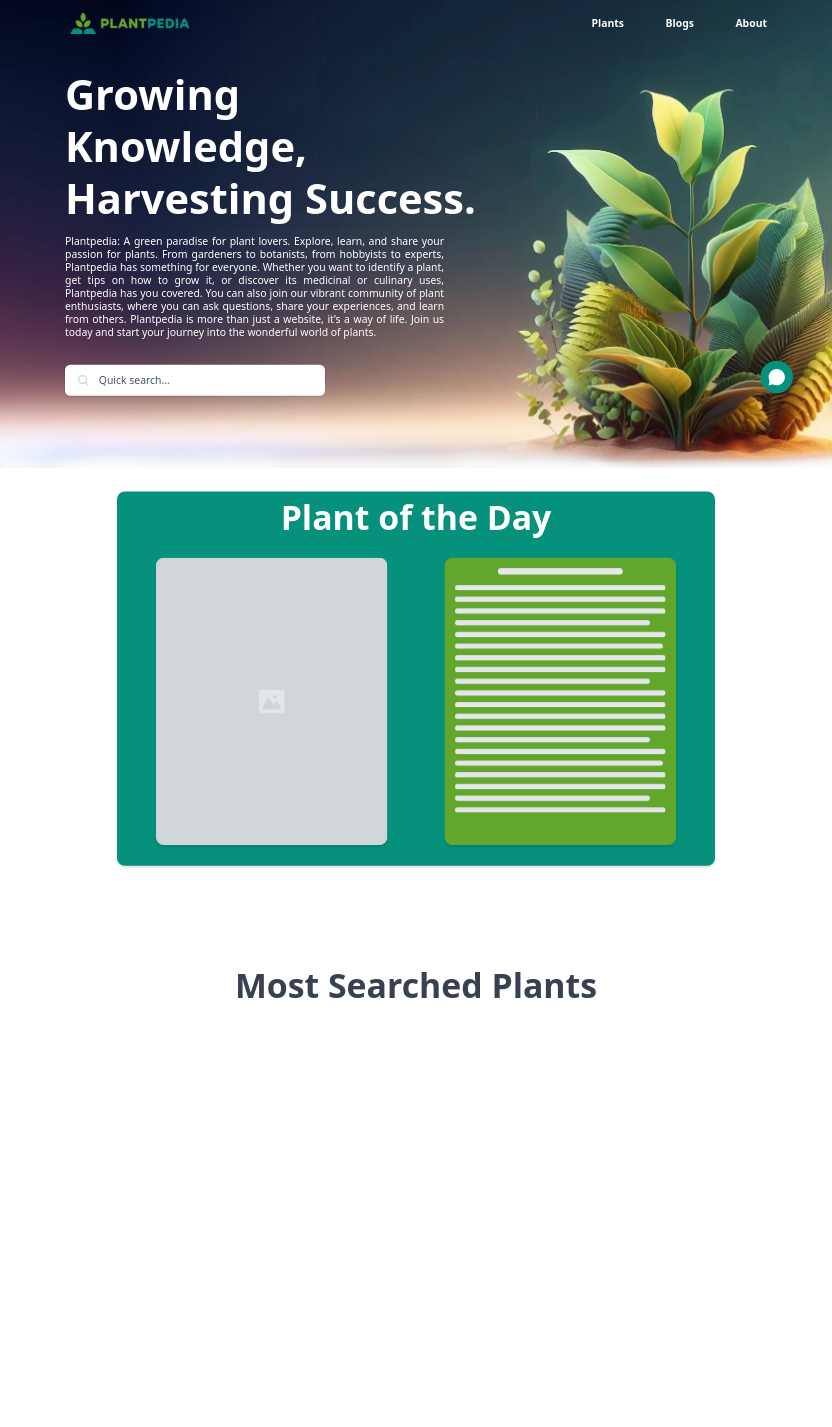
Repository: silham/PlantPedia
Page: /test/home
An editor plug-in stored every save of this project. The page is shown before and after the next save, followed by the edit.
The browser window is 1280 px wide. The pictures show the whole page, at 65% of full size.
The page's requests for data from a server got no answer. The project was rebuilt for these pictures with package versions that can differ from the ones it lists, and the page was loaded fresh each time. The framework's server and built-in components were replaced by stand-ins that run in the browser. No one was signed in, and anything a server would have sent is missing. Also part of the build but not shown: next.config.js, app/components/SearchBox.css, app/test/Chat/style.css, app/utils/Formatter.ts.

Above is the page before, as saved 2023-10-16 14:41:15.

### app/layout.tsx
import "./globals.css";
import "remixicon/fonts/remixicon.css";
import type { Metadata } from "next";

export const metadata: Metadata = {
  title: "Plantpedia",
  description: "Growing knowledge, harvesting success",
};

export default function RootLayout({
  children,
}: {
  children: React.ReactNode;
}) {
  return (
    <html lang="en">
      <head>
        <meta
          name="format-detection"
          content="telephone=no, date=no, email=no, address=no"
        />
      </head>
      <body>{children}</body>
    </html>
  );
}

### app/test/home/page.tsx
import Image from "next/image";
import Link from "next/link";
import "./styles.css";
import { MainSearchBtn, SideSearchBtn } from "./SearchBtns";
import PlantOfDay from "./PlantOfDay";
import Chat from "../Chat/Chat";
import TrendingTopics from "./TrendingTopics";

const Home = () => {
  return (
    <>
      <section className="h-[100vh] w-[100vw] px-[100px] hero bg-cover text-white">
        <header className="h-[10vh] w-full flex justify-between py-2 items-center">
          <div className="h-full flex items-center justify-center">
            <Image src="/plantpedia.png" width={200} height={90} alt="logo" />
          </div>
          <nav className="flex justify-between text-[16px] font-semibold text-white w-[25%]">
            <Link href="/plants">Plants</Link>
            <Link href="/blogs">Blogs</Link>
            <Link href="/about#">About</Link>
          </nav>
        </header>
        <div className="w-[60%] h-full">
          <div className="flex flex-col justify-center h-full">
            <h2 className="text-[64px] font-extrabold leading-tight shadow-sm mb-4 -mt-[150px]">
              Growing Knowledge,
              <br />
              Harvesting Success.
            </h2>
            <h4 className="text-[16px] text-justify leading-tight w-[90%] mb-10">
              Plantpedia: A green paradise for plant lovers. Explore, learn, and
              share your passion for plants. From gardeners to botanists, from
              hobbyists to experts, Plantpedia has something for everyone.
              Whether you want to identify a plant, get tips on how to grow it,
              or discover its medicinal or culinary uses, Plantpedia has you
              covered. You can also join our vibrant community of plant
              enthusiasts, where you can ask questions, share your experiences,
              and learn from others. Plantpedia is more than just a website,
              it’s a way of life. Join us today and start your journey into the
              wonderful world of plants.
            </h4>
            <MainSearchBtn />
          </div>
        </div>
      </section>

      <section className="h-[100vh] w-[100vw] px-[180px]">
        <PlantOfDay />
      </section>

      <section className="h-[100vh] w-[100vw] px-[100px]">
        <TrendingTopics />
      </section>
      <SideSearchBtn />
      <Chat />
    </>
  );
};

export default Home;

### app/globals.css
@import url("https://fonts.googleapis.com/css2?family=Inter:wght@400;500;600&family=Poppins:wght@400;500;600&display=swap");
@tailwind base;
@tailwind components;
@tailwind utilities;

body {
  padding: 0;
  margin: 0;
  max-width: 100vw;
  overflow-x: hidden;
}

@layer utilities {
  .animation-delay-200 {
    animation-delay: 0.2s;
  }
  .animation-delay-400 {
    animation-delay: 0.4s;
  }
}

.circle {
  @apply w-2 h-2 mx-1 mb-0.5 mt-1 bg-gray-500 rounded-full;
}

### app/test/home/styles.css
.hero {
  background-image: url("/hero-bg.png");
}

.animate-sideSearchBtn-in {
  animation: animation-search-in 500ms ease-in forwards;
}

@keyframes animation-search-in {
  0% {
    opacity: 0;
    right: 0;
  }
  100% {
    opacity: 1;
    right: 60px;
  }
}

.animate-sideSearchBtn-out {
  animation: animation-search-out 500ms ease-out forwards;
}

@keyframes animation-search-out {
  0% {
    opacity: 1;
    right: 60px;
  }
  100% {
    opacity: 0;
    right: 0;
  }
}

### app/test/home/SearchBtns.tsx
"use client";
import SearchBox from "@/app/components/SearchBox";
import { useEffect, useRef } from "react";
import "./styles.css";

export const MainSearchBtn: React.FC = () => {
  const overlayRef = useRef<HTMLDivElement>(null);

  // This function is called when the "Start Searching" button gets clicked
  const openSearch = () => {
    if (overlayRef.current) {
      overlayRef.current.style.width = "100%";
    }
  };

  // This function is called when the "Close" button is clicked
  const closeSearch = () => {
    if (overlayRef.current) {
      overlayRef.current.style.width = "0%";
    }
  };
  return (
    <>
      <div>
        <button
          onClick={openSearch}
          type="button"
          className="hidden sm:flex items-center w-[400px] text-left space-x-3 px-4 h-12 bg-white ring-1 ring-slate-900/10 hover:ring-slate-300 focus:outline-none focus:ring-2 focus:ring-sky-500 shadow-sm rounded-lg text-slate-600"
        >
          <svg
            width="24"
            height="24"
            fill="none"
            stroke="currentColor"
            strokeWidth="2"
            strokeLinecap="round"
            strokeLinejoin="round"
            className="flex-none text-slate-300 dark:text-slate-400"
            aria-hidden="true"
          >
            <path d="m19 19-3.5-3.5"></path>
            <circle cx="11" cy="11" r="6"></circle>
          </svg>
          <span className="flex-auto">Quick search...</span>
        </button>
      </div>
      {/* The search overlay */}
      <div
        ref={overlayRef}
        className="flex h-[100vh] max-h-[100vh] w-0 fixed top-0 left-0 bg-black bg-opacity-90 duration-500 overflow-hidden z-10 "
      >
        <button
          className="absolute top-[20px] right-10 text-[60px] border-none bg-transparent cursor-pointer text-white"
          onClick={closeSearch}
        >
          &times;
        </button>
        <div className="relative top-[15%] w-full text-center mt-[30px] ">
          <SearchBox
            props={{
              n: 8,
              content: "",
              className:
                "relative w-[88%] flex justify-between items-center mx-[80px] rounded-full bg-[#EEF5B1] text-black",
              classNameUl:
                "absolute top-full left-0 right-0 z-10 bg-[#EEF5B1] rounded-lg shadow-lg overflow-hidden mt-[3px]",
              classNameLi: "border-b-[1px] border-gray-400",
              classNameLink:
                "px-4 py-2 hover:bg-gray-400 transition-colors flex flex-row justify-between items-center",
            }}
          />
        </div>
      </div>
    </>
  );
};

export const SideSearchBtn: React.FC = () => {
  const overlayRef = useRef<HTMLDivElement>(null);

  // This function is called when the "Start Searching" button gets clicked
  const openSearch = () => {
    if (overlayRef.current) {
      overlayRef.current.style.width = "100%";
    }
  };

  // This function is called when the "Close" button is clicked
  const closeSearch = () => {
    if (overlayRef.current) {
      overlayRef.current.style.width = "0%";
    }
  };
  useEffect(() => {
    const handleScroll = () => {
      const sideSearchBtn = document.getElementById("sideSearchBtn");
      var vh = window.innerHeight;
      var scrollHeight = window.scrollY;
      if (
        scrollHeight < vh * 0.2 &&
        sideSearchBtn?.classList.contains("animate-sideSearchBtn-in")
      ) {
        sideSearchBtn.classList.remove("animate-sideSearchBtn-in");
        sideSearchBtn.classList.add("animate-sideSearchBtn-out");
      }
      if (scrollHeight >= vh * 0.2) {
        sideSearchBtn?.classList.remove("animate-sideSearchBtn-out");
        sideSearchBtn?.classList.add("animate-sideSearchBtn-in");
      }
    };

    window.addEventListener("scroll", handleScroll);

    // Cleanup function to remove the event listener
    return () => {
      window.removeEventListener("scroll", handleScroll);
    };
  }, []); // Empty dependency array means this effect runs once on mount and cleanup on unmount

  return (
    <>
      <div
        id="sideSearchBtn"
        className="fixed bottom-[50px] right-0 opacity-0 rounded-full bg-custom-blue-green shadow-xl w-[50px] h-[50px] flex items-center justify-center cursor-pointer"
        onClick={openSearch}
      >
        <i className="text-[24px] text-white ri-search-2-line"></i>
      </div>
      {/* The search overlay */}
      <div
        ref={overlayRef}
        className="flex h-[100vh] max-h-[100vh] w-0 fixed top-0 left-0 bg-black bg-opacity-90 duration-500 overflow-hidden z-10 "
      >
        <button
          className="absolute top-[20px] right-10 text-[60px] border-none bg-transparent cursor-pointer text-white"
          onClick={closeSearch}
        >
          &times;
        </button>
        <div className="relative top-[15%] w-full text-center mt-[30px] ">
          <SearchBox
            props={{
              n: 8,
              content: "",
              className:
                "relative w-[88%] flex justify-between items-center mx-[80px] rounded-full bg-[#EEF5B1] text-black",
              classNameUl:
                "absolute top-full left-0 right-0 z-10 bg-[#EEF5B1] rounded-lg shadow-lg overflow-hidden mt-[3px]",
              classNameLi: "border-b-[1px] border-gray-400",
              classNameLink:
                "px-4 py-2 hover:bg-gray-400 transition-colors flex flex-row justify-between items-center",
            }}
          />
        </div>
      </div>
    </>
  );
};

### app/test/home/PlantOfDay.tsx
"use client";
import { useEffect, useState, useRef } from "react";
import Image from "next/image";
import TextShorter from "@/app/utils/TextShorter";
import Link from "next/link";
import UrlGen from "@/app/utils/SlugGen";

const PlantOfDay = () => {
  const isInitialized = useRef<boolean>(false); // todo : Remove at production
  const [Pod, setPod] = useState({
    id: 0,
    plantsId: "",
    plant: {
      common_name: "",
      scientific_name: "",
      img: "",
      description: "",
    },
  });
  const [imgWH, setImgWH] = useState([0, 0]);
  useEffect(() => {
    if (!isInitialized.current) {
      const fetchPod = async () => {
        try {
          const res = await fetch(`http://localhost:3000/api/pod`);
          const data = await res.json();
          setPod(data);
        } catch (error) {
          console.log(error);
        }
      };
      fetchPod();
      if (typeof window !== "undefined") {
        const vw = window.innerWidth;
        const vh = window.innerHeight;
        const imgWidth = Math.floor((vw - 232) * 0.4);
        const imgHeight = Math.floor(vh * 0.8 - 48);
        setImgWH([imgWidth, imgHeight]);
      }
      isInitialized.current = true;
    }
  }, []);

  return (
    <div className="flex rounded-xl bg-custom-blue-green w-full h-[80vh] my-[5vh] flex-col shadow-md">
      <div className="w-full h-[15%] flex justify-center">
        <h3 className="text-[52px] text-white font-black">Plant of the Day</h3>
      </div>
      <div className="w-[full] h-[85%] flex items-center pt-4 pb-8 px-4 justify-around">
        {Pod.plant.common_name != "" ? (
          <>
            <div
              className="h-full w-[40%] bg-amber-800 rounded-xl overflow-hidden object-contain shadow-md"
              id="pod_imageContainer"
            >
              {imgWH[0] ? (
                <Image
                  src={`https://ik.imagekit.io/shakil/agro_finder/tr:w-${imgWH[0]},h-${imgWH[1]}/${Pod.plant.img}`}
                  width={imgWH[0]}
                  height={imgWH[1]}
                  alt={Pod.plant.common_name}
                />
              ) : null}
            </div>
            <div className="h-full w-[40%] bg-custom-green rounded-xl flex items-center flex-col p-4 shadow-md">
              <h4 className="text-white text-[36px] font-bold leading-snug">
                {TextShorter(Pod.plant.common_name, 20)}
              </h4>
              <h5 className="text-white text-[24px] italic font-semibold mb-2">
                {Pod.plant.scientific_name}
              </h5>
              <div className="bg-white text-[16px] w-full flex-grow rounded-md p-2 text-justify">
                {TextShorter(Pod.plant.description, 350)}
              </div>
              <Link href={UrlGen("plants", Pod.plant.scientific_name)}>
                <button className="bg-custom-blue-green text-white text-[16px] font-semibold mt-4 py-2 px-4 rounded-md">
                  Learn more...
                </button>
              </Link>
            </div>
          </>
        ) : (
          <>
            <div
              className="h-full w-[40%] bg-transparent rounded-xl overflow-hidden object-contain shadow-md"
              id="pod_imageContainer"
            >
              <div
                role="status"
                className="flex items-center justify-center h-full w-full bg-gray-300 animate-pulse dark:bg-gray-700"
              >
                <svg
                  className="w-10 h-10 text-gray-200 dark:text-gray-600"
                  aria-hidden="true"
                  xmlns="http://www.w3.org/2000/svg"
                  fill="currentColor"
                  viewBox="0 0 20 18"
                >
                  <path d="M18 0H2a2 2 0 0 0-2 2v14a2 2 0 0 0 2 2h16a2 2 0 0 0 2-2V2a2 2 0 0 0-2-2Zm-5.5 4a1.5 1.5 0 1 1 0 3 1.5 1.5 0 0 1 0-3Zm4.376 10.481A1 1 0 0 1 16 15H4a1 1 0 0 1-.895-1.447l3.5-7A1 1 0 0 1 7.468 6a.965.965 0 0 1 .9.5l2.775 4.757 1.546-1.887a1 1 0 0 1 1.618.1l2.541 4a1 1 0 0 1 .028 1.011Z" />
                </svg>
                <span className="sr-only">Loading...</span>
              </div>
            </div>
            <div className="h-full w-[40%] bg-custom-green rounded-xl flex items-center flex-col p-4 shadow-md">
              <div role="status" className="w-full animate-pulse">
                <div className="w-full h-4 flex justify-center mb-2.5">
                  <div className="h-2.5 bg-gray-200 rounded-full dark:bg-gray-700 w-48 mb-4"></div>
                </div>
                <div className="h-2 bg-gray-200 rounded-full dark:bg-gray-700 max-w-[360px] mb-2.5"></div>
                <div className="h-2 bg-gray-200 rounded-full dark:bg-gray-700 mb-2.5"></div>
                <div className="h-2 bg-gray-200 rounded-full dark:bg-gray-700 max-w-[330px] mb-2.5"></div>
                <div className="h-2 bg-gray-200 rounded-full dark:bg-gray-700 max-w-[300px] mb-2.5"></div>
                <div className="h-2 bg-gray-200 rounded-full dark:bg-gray-700 max-w-[360px] mb-2.5"></div>
                <div className="h-2 bg-gray-200 rounded-full dark:bg-gray-700 max-w-[320px] mb-2.5"></div>
                <div className="h-2 bg-gray-200 rounded-full dark:bg-gray-700 mb-2.5"></div>
                <div className="h-2 bg-gray-200 rounded-full dark:bg-gray-700 max-w-[330px] mb-2.5"></div>
                <div className="h-2 bg-gray-200 rounded-full dark:bg-gray-700 max-w-[300px] mb-2.5"></div>
                <div className="h-2 bg-gray-200 rounded-full dark:bg-gray-700 max-w-[360px] mb-2.5"></div>
                <div className="h-2 bg-gray-200 rounded-full dark:bg-gray-700 max-w-[360px] mb-2.5"></div>
                <div className="h-2 bg-gray-200 rounded-full dark:bg-gray-700 mb-2.5"></div>
                <div className="h-2 bg-gray-200 rounded-full dark:bg-gray-700 max-w-[330px] mb-2.5"></div>
                <div className="h-2 bg-gray-200 rounded-full dark:bg-gray-700 max-w-[300px] mb-2.5"></div>
                <div className="h-2 bg-gray-200 rounded-full dark:bg-gray-700 max-w-[360px] mb-2.5"></div>
                <div className="h-2 bg-gray-200 rounded-full dark:bg-gray-700 max-w-[320px] mb-2.5"></div>
                <div className="h-2 bg-gray-200 rounded-full dark:bg-gray-700 mb-2.5"></div>
                <div className="h-2 bg-gray-200 rounded-full dark:bg-gray-700 max-w-[330px] mb-2.5"></div>
                <div className="h-2 bg-gray-200 rounded-full dark:bg-gray-700 max-w-[300px] mb-2.5"></div>
                <div className="h-2 bg-gray-200 rounded-full dark:bg-gray-700 max-w-[360px]"></div>
                <span className="sr-only">Loading...</span>
              </div>
            </div>
          </>
        )}
      </div>
    </div>
  );
};

export default PlantOfDay;

### app/test/home/TrendingTopics.tsx
import React from "react";

const TrendingTopics = () => {
  return (
    <div className="flex w-full">
      <div className="w-full flex justify-center h-[15%]">
        <h3 className="text-[52px] text-gray-700 font-black">
          Most Searched Plants
        </h3>
      </div>
    </div>
  );
};

export default TrendingTopics;

### app/components/SearchBox.tsx
"use client";
import Link from "next/link";
import { useEffect, useRef, useState } from "react";
import "./SearchBox.css";
import UrlGen from "../utils/SlugGen";

interface Props {
  props: {
    content: string;
    className: string;
    classNameUl: string;
    classNameLi: string;
    classNameLink: string;
    n: number;
  };
}

function SearchBox({ props }: Props) {
  const [searchTerm, setSearchTerm] = useState("");
  const [results, setResults] = useState([
    {
      id: "",
      common_name: "",
      scientific_name: "",
      type: "",
    },
  ]);
  const [isFocused, setIsFocused] = useState(false);
  const containerRef = useRef<HTMLDivElement>(null);
  const searchRef = useRef<HTMLInputElement>(null);

  let type = "";
  let term = "";
  const handleChange = async () => {
    if (searchRef.current !== null) {
      term = searchRef.current.value;
    }
    setSearchTerm(term);
    if (term.length > 0) {
      try {
        const res = await fetch(
          `http://localhost:3000/api/searchbar?q=${term}&type=${type}`
        );
        const data = await res.json();
        console.log(data);
        setResults(data);
        console.log(results);
      } catch (error) {
        console.log(error);
      }
    }
  };

  const clearSearch = () => {
    if (searchRef.current !== null) {
      searchRef.current.value = "";
    }

    setSearchTerm("");
    handleChange();
  };

  const handleFocus = () => {
    setIsFocused(true);
  };

  const handleBlur = () => {
    setTimeout(() => {
      setIsFocused(false);
    }, 500);
  };

  const handleClickOutside = (event: MouseEvent) => {
    if (
      containerRef.current &&
      !containerRef.current.contains(event.target as Node)
    ) {
      setIsFocused(false);
    }
  };

  useEffect(() => {
    document.addEventListener("mousedown", handleClickOutside);
    return () => {
      document.removeEventListener("mousedown", handleClickOutside);
    };
  }, []);

  useEffect(() => {
    if (searchRef.current) {
      searchRef.current.value = props.content;
      setSearchTerm(props.content);
    }
  }, []);

  return (
    <div className={props.className} ref={containerRef}>
      <input
        type="text"
        spellCheck="false"
        placeholder="Search for plants, plant disease & solutions and blogs..."
        className="w-[95%] h-[40px] focus:outline-none px-[15px] bg-transparent"
        maxLength={200}
        value={searchTerm}
        onChange={handleChange}
        id="searchBar"
        onFocus={handleFocus}
        onBlur={handleBlur}
        ref={searchRef}
        autoComplete="off"
        autoFocus
      />
      <div
        className="bg-black w-[32px] h-[32px] rounded-full mr-[4px] flex justify-center items-center cursor-pointer"
        onClick={clearSearch}
      >
        <i
          className={`text-[22px] text-white ${
            searchTerm ? "ri-close-line" : "ri-search-2-line"
          }`}
        ></i>
      </div>
      {searchTerm && isFocused && (
        <ul className={props.classNameUl}>
          <li className={props.classNameLi}>
            <Link
              href={`/api/search?q=${searchTerm}`}
              className={props.classNameLink}
            >
              {searchTerm}
            </Link>
          </li>
          {results[0].id != "" &&
            results.slice(0, props.n).map(
              (
                result: {
                  id: string;
                  type: string;
                  common_name: string;
                  scientific_name: string;
                },
                index
              ) => (
                <li key={index} className={props.classNameLi}>
                  <Link
                    href={UrlGen(
                      result.type.toLowerCase(),
                      result.scientific_name
                    )}
                    className={props.classNameLink}
                  >
                    <div className="flex">
                      <h4 className="font-semibold">{result.common_name}</h4>
                      <h5 className="text-gray-700 italic">
                        &nbsp;&#40;{result.scientific_name}&#41;
                      </h5>
                    </div>
                    <div
                      className={`rounded-full px-[7px] text-[12px] capitalize ${
                        result.type == "PLANTS"
                          ? "bg-green-400"
                          : result.type == "PESTS"
                          ? "bg-red-400"
                          : result.type == "BLIGHTS"
                          ? "bg-red-400"
                          : result.type == "PESTICIDES"
                          ? "bg-yellow-400"
                          : "bg-blue-400"
                      }`}
                    >
                      {result.type.toLowerCase()}
                    </div>
                  </Link>
                </li>
              )
            )}
        </ul>
      )}
    </div>
  );
}

export default SearchBox;

### app/utils/TextShorter.tsx
const TextShorter = (text: string, letters: number) => {
  if (text.length > letters) {
    return text.slice(0, letters - 2) + "...";
  } else {
    return text;
  }
};

export default TextShorter;

### app/utils/SlugGen.ts
const UrlGen = (type: string,scientific_name: string) => {
    let slug = scientific_name.replace(/ /g, "-").toLowerCase();
    let url = "/" + type.toLowerCase() + "/" + slug
    return url
}

export default UrlGen

### tailwind.config.ts
import type { Config } from 'tailwindcss'

const config: Config = {
  content: [
    './pages/**/*.{js,ts,jsx,tsx,mdx}',
    './components/**/*.{js,ts,jsx,tsx,mdx}',
    './app/**/*.{js,ts,jsx,tsx,mdx}',
  ],
  theme: {
    extend: {
      backgroundImage: {
        'gradient-radial': 'radial-gradient(var(--tw-gradient-stops))',
        'gradient-conic':
          'conic-gradient(from 180deg at 50% 50%, var(--tw-gradient-stops))',
      },
      colors:{
        'custom-green': '#62A72B',
        'custom-blue-green': '#06917D',
      },
      animation: {
        loader: 'loader 0.6s infinite alternate'
      },
      keyframes: {
        loader: {
          to: {
            opacity: "0.1",
            transform: 'translate3d(0, -0.3rem, 0)'
          }
        }
      }
    },
  },
  plugins: [],
}
export default config

Loaded but not shown: app/test/Chat/Chat.tsx (199 lines, source omitted)

After the next save:
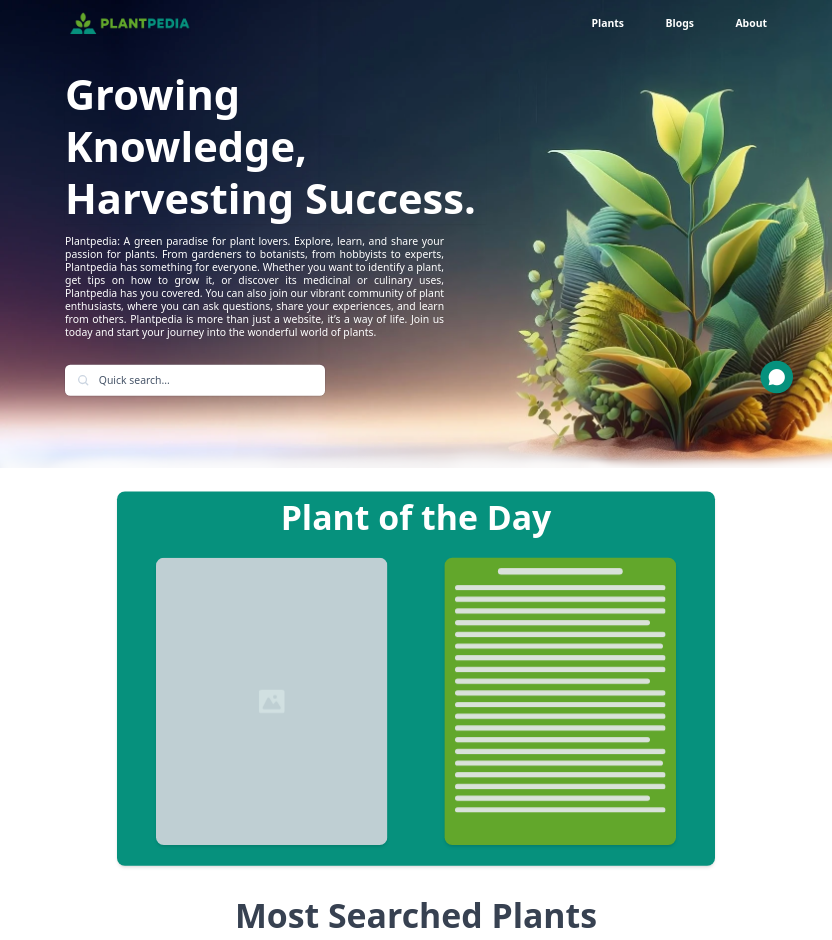
Saved 91 s later.
--- a/app/test/home/page.tsx
+++ b/app/test/home/page.tsx
@@ -44,11 +44,11 @@ const Home = () => {
         </div>
       </section>
 
-      <section className="h-[100vh] w-[100vw] px-[180px]">
+      <section className="w-[100vw] px-[180px]">
         <PlantOfDay />
       </section>
 
-      <section className="h-[100vh] w-[100vw] px-[100px]">
+      <section className="w-[100vw] px-[100px]">
         <TrendingTopics />
       </section>
       <SideSearchBtn />
